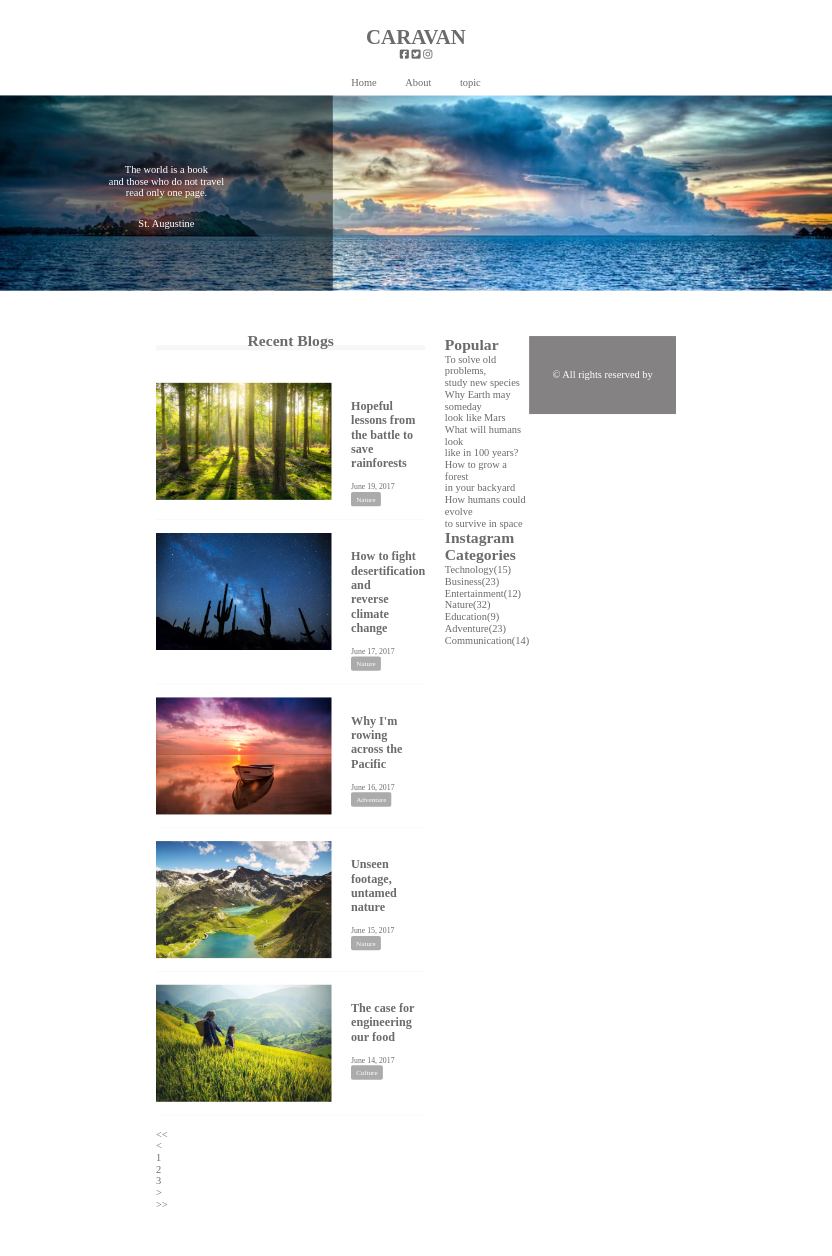
Repository: yuurisyachi/git
Page: caravan/index.html
The author's editor kept a record of every edit. The page is drawn from the files as they stood at one moment, then again after the next edit.
The browser window is 1280 px wide. The pictures show the whole page, at 65% of full size.
Some web libraries are served in a nearby version.

Above is the page before.

After the next edit:
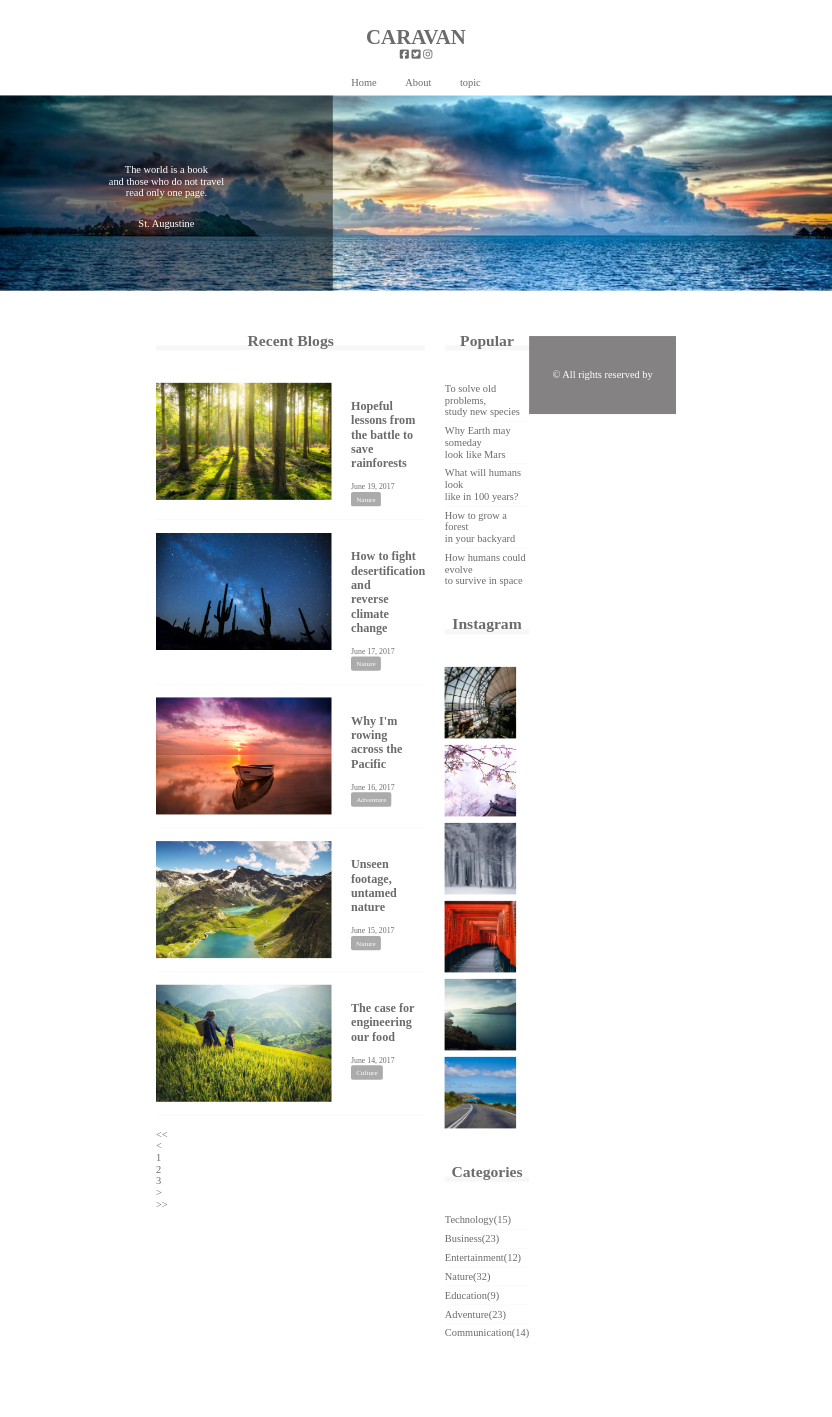
The edit:
--- a/caravan/style.css
+++ b/caravan/style.css
@@ -120,6 +120,71 @@
   width: 230px;
 }
 
+.common-heading {
+  border-bottom: 8px solid #f7f7f7;
+  text-align: center;
+  line-height: 0.6;
+}
+
+.sidebar-contents {
+  padding: 50px 0;
+}
+
+.popular-text,
+.categories-text {
+  padding-bottom: 5px;
+  border-bottom: 1px solid #f7f7f7;
+  margin-bottom: 5px;
+}
+
+.popular-text:last-child,
+.categories-text:last-child {
+  margin: 0;
+  padding: 0;
+  border: none;
+}
+
+.instagram .sidebar-contents {
+  display: flex;
+  flex-wrap: wrap;
+}
+
+.instagram-box {
+  width: 110px;
+  padding-top: 110px;
+  background-size: cover;
+  background-position: center;
+  margin-bottom: 10px;
+}
+
+.instagram-box:nth-child(odd) {
+  margin: 0 10px 10px 0;
+}
+
+.instagram-box:nth-child(1) {
+  background-image: url(img/airport.jpg);
+}
+
+.instagram-box:nth-child(2) {
+  background-image: url(img/japan.jpg);
+}
+
+.instagram-box:nth-child(3) {
+  background-image: url(img/snow.jpg);
+}
+
+.instagram-box:nth-child(4) {
+  background-image: url(img/japan2.jpg);
+}
+
+.instagram-box:nth-child(5) {
+  background-image: url(img/lake.jpg);
+}
+
+.instagram-box:nth-child(6) {
+  background-image: url(img/road.jpg);
+}
+
 footer {
   width: 100%;
   height: 120px;
